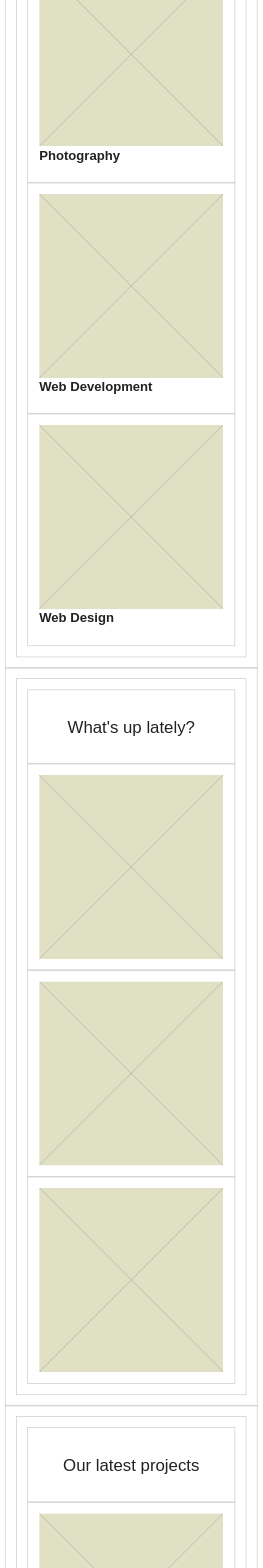
Repository: lpcmendoza/LAB02BF_Group9
Page: index.html
An editor plug-in stored every save of this project. The page is shown before and after the next save, followed by the edit.
The browser window is 375 px wide. The pictures show the part of the page from y = 1550 to 3790 px (the page is 6891 px tall before and 6863 px after), at 70% of full size.

Above is the page before, as saved 2024-02-11 21:23:01.

### index.html
<!doctype html>
<html class="no-js" lang="en">

<head>
  <meta charset="utf-8">
  <meta name="viewport" content="width=device-width, initial-scale=1">
  <title>Metrolics</title>
  <link rel="stylesheet" href="css/style.css">
  <meta name="description" content="Group Blog">

  <meta property="og:title" content="Metrolics">
  <meta property="og:type" content="website">
  <meta property="og:url" content="">
  <meta property="og:image" content="">

  <link rel="icon" href="/favicon.ico" sizes="any">
  <link rel="icon" href="/icon.svg" type="image/svg+xml">
  <link rel="apple-touch-icon" href="icon.png">

  <link rel="manifest" href="site.webmanifest">
  <meta name="theme-color" content="#fafafa">
</head>

<body>

  <header class="page-header page-header-home">
    <div class="inner-container">
      <div class="content-container">
        <h1>Metrolics</h1>
      </div>
      <div class="content-container">
        <button class="navigation-button">Home</button>
        <button class="navigation-button">Pages</button>
        <button class="navigation-button">Portfolio</button>
        <button class="navigation-button">Blog</button>
        <button class="navigation-button">E-mail</button>
      </div>
    </div>
  </header>

  <div class="section section-image">
    <div class="inner-container">
      <div class="content-container">
        <img src="img/placeholder.svg" alt="placeholder image">
      </div>
    </div>
  </div>

  <div class="section section-title">
    <div class="inner-container">
      <div class="content-container">
        <h1>Hey guys! This is the Metrolics theme. It sports a responsive layout with a mobile layout.</h1>
      </div>
    </div>
  </div>

  <div class="section section-ourthings">
    <div class="inner-container">
      <div class="what-we-do-container-header">
        <h2>Things that we do</h2>
        <p>Ask us what we can do for you</p>
      </div>
      <div class="what-we-do-container-body">
        <img class="icons" src="img/icon-web-solutions.png" alt="Web Solutions Icon">
        <h3>Web Solutions</h3>
        <p>We are a fairly small, flexible design studio that designs for print and web. We work flexibly with clients to fulfil their design needs. Whether you need to create a brand from scratch, including marketing materials.</p>
      </div>
      <div class="content-container">
        <img src="img/placeholder.svg" alt="placeholder image">
        <h3>Photography</h3>
      </div>
      <div class="content-container">
        <img src="img/placeholder.svg" alt="placeholder image">
        <h3>Web Development</h3>
      </div>
      <div class="content-container">
        <img src="img/placeholder.svg" alt="placeholder image">
        <h3>Web Design</h3>
      </div>
    </div>
  </div>

  <div class="section section-news">
    <div class="inner-container">
      <div class="content-container">
        <h2>What's up lately?</h2>
      </div>
      <div class="content-container">
        <img src="img/placeholder.svg" alt="placeholder image">
      </div>
      <div class="content-container">
        <img src="img/placeholder.svg" alt="placeholder image">
      </div>
      <div class="content-container">
        <img src="img/placeholder.svg" alt="placeholder image">
      </div>
    </div>
  </div>

  <div class="section section-projects">
    <div class="inner-container">
      <div class="content-container">
        <h2>Our latest projects</h2>
      </div>
      <div class="content-container">
        <img src="img/placeholder.svg" alt="placeholder image">
      </div>
      <div class="content-container">
        <img src="img/placeholder.svg" alt="placeholder image">
      </div>
      <div class="content-container">
        <img src="img/placeholder.svg" alt="placeholder image">
      </div>
      <div class="content-container">
        <img src="img/placeholder.svg" alt="placeholder image">
      </div>
      <div class="content-container">
        <img src="img/placeholder.svg" alt="placeholder image">
      </div>
      <div class="content-container">
        <img src="img/placeholder.svg" alt="placeholder image">
      </div>
    </div>
  </div>

  <div class="section section-things">
    <div class="inner-container">
      <div class="content-container">
        <h2>Things of above</h2>
      </div>
      <div class="content-container">
        <p>content</p>
      </div>
      <div class="content-container">
        <p>content</p>
      </div>
    </div>
  </div>

  <div class="section section-clients">
    <div class="inner-container">
      <div class="content-container">
        <p>client</p>
      </div>
      <div class="content-container">
        <p>client</p>
      </div>
      <div class="content-container">
        <p>client</p>
      </div>
      <div class="content-container">
        <p>client</p>
      </div>
      <div class="content-container">
        <p>client</p>
      </div>
    </div>
  </div>

  <footer>
    <div class="page-footer page-footer-home">
      <div class="inner-container">
        <div class="content-container">
          <h2>footer</h2>
        </div>
        <div class="content-container">
          <p>content</p>
        </div>
        <div class="content-container">
          <p>content</p>
        </div>
        <div class="content-container">
          <p>content</p>
        </div>
        <div class="content-container">
          <p>content</p>
        </div>
      </div>
    </div>
  </footer>

  <script src="js/app.js"></script>

</body>

</html>

### css/style.css
/* ==========================================================================
    [Table of contents]

    1. BASE
        1.1 Page Rendering Defaults
        1.2 Core Styling
        1.3 Typography
    2. LAYOUT
        2.1 Core Layout
        2.2 Small only
        2.3 medium and up
        2.4 Medium only
        2.5 large screens and up
        2.6 Large only
    3. MODULES
    4. STATES
    5. THEME
    6. UTILITY classes
    7. PRINT

    refer to http://smacss.com/
    ========================================================================== */


/* ==========================================================================
   BASE
   ========================================================================== */


/* 1.1 Page Rendering Defaults */

html {
  color: #222;
  font-size: 1em;
  line-height: 1.4;
}

/*
* Remove text-shadow in selection highlight:
* https://twitter.com/miketaylr/status/12228805301
*
* Customize the background color to match your design.
*/

::-moz-selection {
background: #b3d4fc;
text-shadow: none;
}

::selection {
background: #b3d4fc;
text-shadow: none;
}

/*
* A better looking default horizontal rule
*/

hr {
display: block;
height: 1px;
border: 0;
border-top: 1px solid #ccc;
margin: 1em 0;
padding: 0;
}

/*
* Remove the gap between audio, canvas, iframes,
* images, videos and the bottom of their containers:
* https://github.com/h5bp/html5-boilerplate/issues/440
*/

audio,
canvas,
iframe,
img,
svg,
video {
vertical-align: middle;
}

/*
* Remove default fieldset styles.
*/

fieldset {
border: 0;
margin: 0;
padding: 0;
}

/*
* Allow only vertical resizing of textareas.
*/

textarea {
resize: vertical;
}

/* 1.2 Core Styling */

/* refer to https://css-tricks.com/box-sizing/ */
*,
*:before,
*:after {
  box-sizing: border-box;
}

img {
  width: 100%;
}


/* 1.3 Typgraphy */

h1,
h2,
h3,
h4,
h5,
h6 {
  font-family: Ubuntu, sans-serif;
  font-weight: 300;
  text-align: center;
}

p {
  font-family: 'Open Sans', Arial, Helvetica, sans-serif;
}


/* ==========================================================================
 2. LAYOUT
 ========================================================================== */


/* Helper to display empty layout containers*/

div,
main,
section,
footer,
header {
  outline: 1px solid #ccc;
  min-height: 1rem;
  padding: 1rem;
}


/* 2.1 Core layout */

.row {
  display: grid;
  row-gap: 1rem;
}

.col {
  position: relative;
  background-color: rgb(242, 230, 177);
}


/* ==========================================================================
 EXAMPLE Media Queries for Responsive Design.
 These examples override the primary ('mobile first') styles.
 Modify as content requires.
 Taken from https://get.foundation/sites/docs-v5/media-queries.html
 (the latest version is adjusted and no longer matches the ones used below)
 ========================================================================== */


/* 2.2 Small only */

@media screen and (max-width: 39.9375em) {
  .s-hide {
      display: none;
  }

  .what-we-do-container-header {
    align-content: center;
    text-align: center;
  }

  .icons {
      max-width: 5em;
      max-height: 5em;
      float: left;
      margin-right: 1em;
  }

  h3 {
      text-align: left;
      margin-top: 0;
      margin-bottom: .5em;
      font-weight: bold;
  }

  .what-we-do-container-body {
      text-align: left;
  }
}


/* 2.3 medium and up */

@media screen and (min-width: 40em) {
  .row {
      max-width: 70rem;
      column-gap: 1.5rem;
      row-gap: 1.5rem;
      margin: 0 auto;
  }
  .grid {
      display: grid;
      column-gap: 0.5rem;
      row-gap: 0.5rem;
  }
  .m-col-2 {
      grid-template-columns: 1fr 1fr;
  }
  .m-col-3 {
      grid-template-columns: repeat(3, 1fr);
  }
  .m-col-4 {
      grid-template-columns: repeat(4, 1fr);
  }
  .m-col-5 {
      grid-template-columns: repeat(5, 1fr);
  }
  .m-1-2 {
      grid-template-columns: 1fr 2fr;
  }
}


/* 2.4 Medium only */

@media screen and (min-width: 40em) and (max-width: 63.9375em) {
  .m-row-span {
      grid-column-start: 1;
      grid-column-end: -1;
  }
  .m-hide {
      display: none;
  }
}


/* 2.5 large screens and up 2.6 Large only */

@media screen and (min-width: 64em) {
  .l-col-2 {
      grid-template-columns: 1fr 1fr;
  }
  .l-col-3 {
      grid-template-columns: repeat(3, 1fr);
  }
  .l-col-4 {
      grid-template-columns: repeat(4, 1fr);
  }
  .l-col-5 {
      grid-template-columns: repeat(5, 1fr);
  }
  .l-col-6 {
      grid-template-columns: repeat(6, 1fr);
  }
  .l-row-span {
      grid-column-start: 1;
      grid-column-end: -1;
  }
  .l-hide {
      display: none;
  }
}


/* ==========================================================================
 2. MODULES
 ========================================================================== */


/* ==========================================================================
 2. STATES
 ========================================================================== */


/* ==========================================================================
 2. THEME
 ========================================================================== */


/* ==========================================================================
 6. UTILITY classes
 ========================================================================== */
/*
* Hide visually and from screen readers
*/

.hidden,
[hidden] {
display: none !important;
}

/*
* Hide only visually, but have it available for screen readers:
* https://snook.ca/archives/html_and_css/hiding-content-for-accessibility
*
* 1. For long content, line feeds are not interpreted as spaces and small width
*    causes content to wrap 1 word per line:
*    https://medium.com/@jessebeach/beware-smushed-off-screen-accessible-text-5952a4c2cbfe
*/

.visually-hidden {
border: 0;
clip: rect(0, 0, 0, 0);
height: 1px;
margin: -1px;
overflow: hidden;
padding: 0;
position: absolute;
white-space: nowrap;
width: 1px;
/* 1 */
}

/*
* Extends the .visually-hidden class to allow the element
* to be focusable when navigated to via the keyboard:
* https://www.drupal.org/node/897638
*/

.visually-hidden.focusable:active,
.visually-hidden.focusable:focus {
clip: auto;
height: auto;
margin: 0;
overflow: visible;
position: static;
white-space: inherit;
width: auto;
}

/*
* Hide visually and from screen readers, but maintain layout
*/

.invisible {
visibility: hidden;
}

/*
* Clearfix: contain floats
*
* The use of `table` rather than `block` is only necessary if using
* `::before` to contain the top-margins of child elements.
*/

.clearfix::before,
.clearfix::after {
content: "";
display: table;
}

.clearfix::after {
clear: both;
}

@media print,
(-webkit-min-device-pixel-ratio: 1.25),
(min-resolution: 1.25dppx),
(min-resolution: 120dpi) {
/* Style adjustments for high resolution devices */
}

/* ==========================================================================
 Print styles.
 Inlined to avoid the additional HTTP request:
 https://www.phpied.com/delay-loading-your-print-css/
 ========================================================================== */

@media print {
*,
*::before,
*::after {
  background: #fff !important;
  color: #000 !important;
  /* Black prints faster */
  box-shadow: none !important;
  text-shadow: none !important;
}

a,
a:visited {
  text-decoration: underline;
}

a[href]::after {
  content: " (" attr(href) ")";
}

abbr[title]::after {
  content: " (" attr(title) ")";
}

/*
 * Don't show links that are fragment identifiers,
 * or use the `javascript:` pseudo protocol
 */
a[href^="#"]::after,
a[href^="javascript:"]::after {
  content: "";
}

pre {
  white-space: pre-wrap !important;
}

pre,
blockquote {
  border: 1px solid #999;
  page-break-inside: avoid;
}

tr,
img {
  page-break-inside: avoid;
}

p,
h2,
h3 {
  orphans: 3;
  widows: 3;
}

h2,
h3 {
  page-break-after: avoid;
}
}

Loaded but not shown: js/app.js (no stored copy; drawn as an empty file)

After the next save:
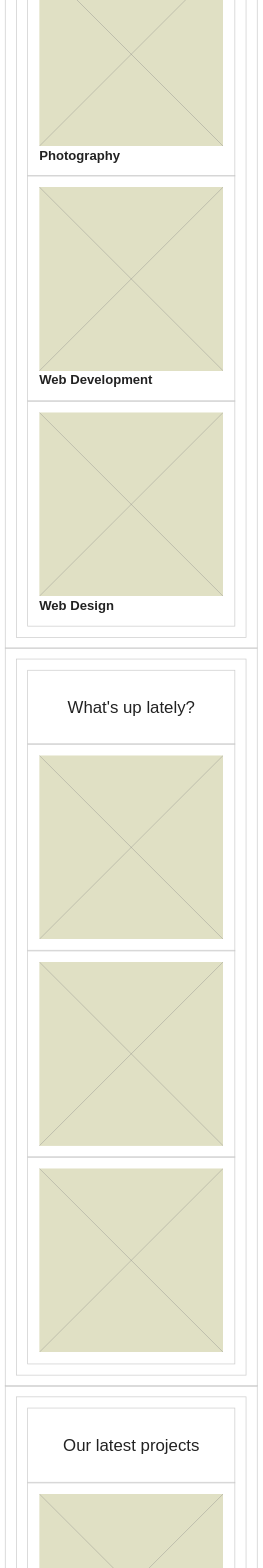
Saved 9 s later.
--- a/css/style.css
+++ b/css/style.css
@@ -192,7 +192,7 @@
   h3 {
       text-align: left;
       margin-top: 0;
-      margin-bottom: .5em;
+      margin-bottom: 0;
       font-weight: bold;
   }
 
